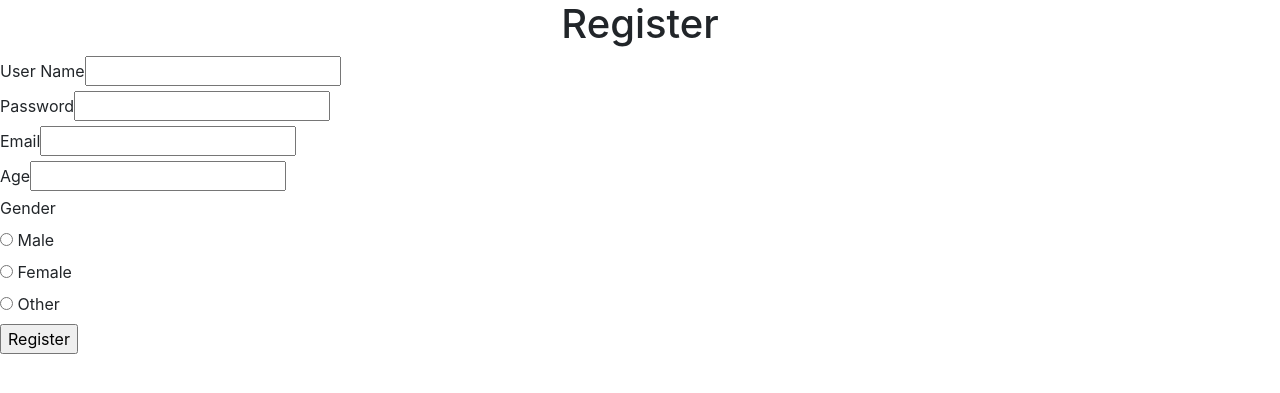
Repository: ramakrishnan1997/ram_javatraining
Page: http://localhost/AdminPortal/Register.jsp
An editor plug-in stored every save of this project. The page is shown before and after the next save, followed by the edit.
The browser window is 1280 px wide. The pictures show the whole page.
The page is served by Tomcat 9.

Above is the page before, as saved 2022-07-01 08:32:11.

After the next save:
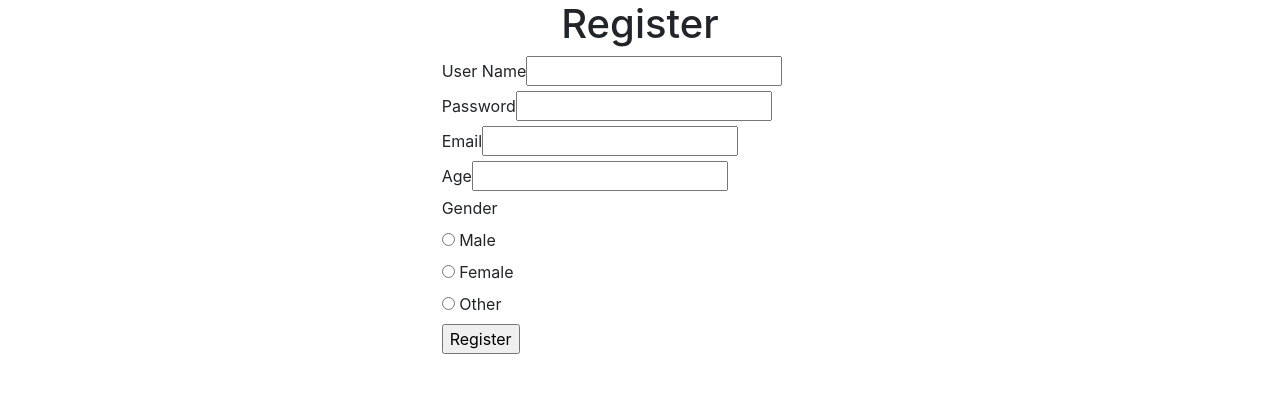
Saved 2 min 21 s later.
--- a/AdminPortal/src/main/webapp/Register.jsp
+++ b/AdminPortal/src/main/webapp/Register.jsp
@@ -11,6 +11,10 @@
 	crossorigin="anonymous">
 </head>
 <body>
+<div class="container-fluid">
+<div class="row">
+<div class="col-md-4"></div>
+<div class="col-md-4">
 <h1 style="text-align:center">Register</h1>
 <form>
 <div><label>User Name</label><input type="text" name="username"></div>
@@ -34,5 +38,9 @@
 </div>
 </form>
 <input type="submit" value="Register">
+</div>
+</div>
+<div class="col-md-4"></div>
+</div>
 </body>
 </html>
